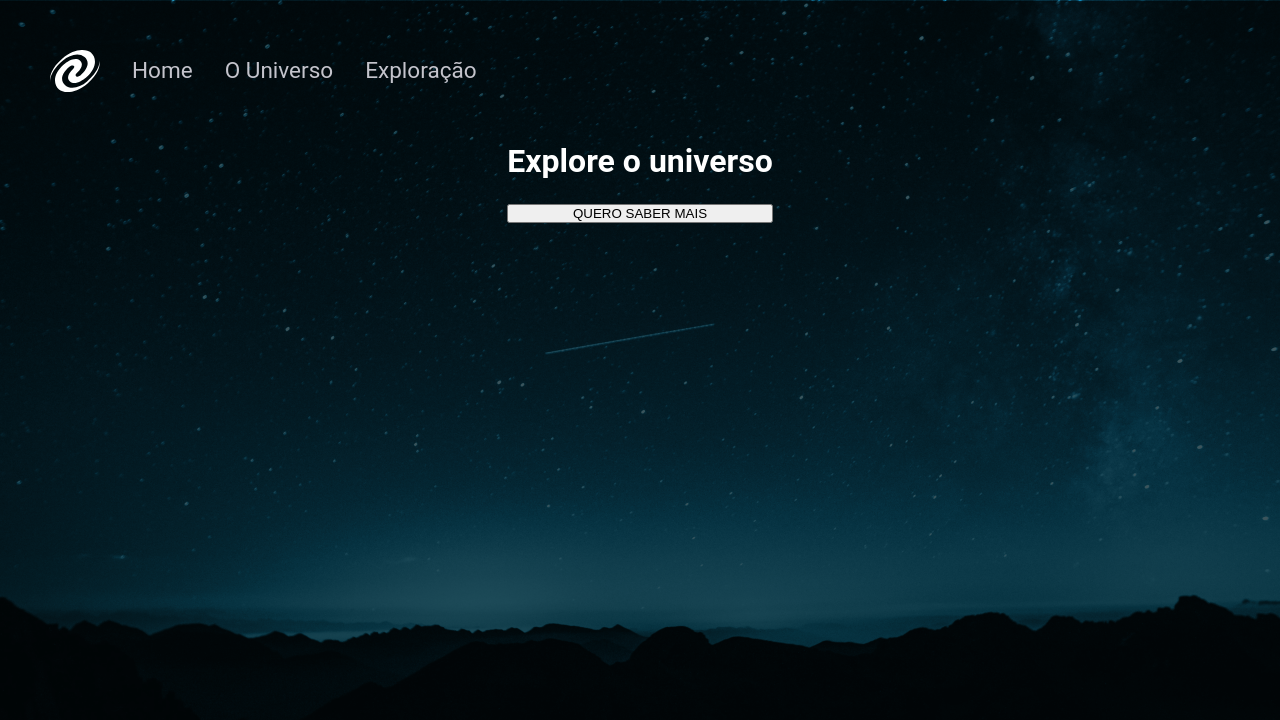
Repository: eltonneiferson/spaUniverse
Page: index.html
An editor plug-in stored every save of this project. The page is shown before and after a run of saves, followed by the edit.
The browser window is 1280 px wide. The pictures show the whole page.

Above is the page before, as saved 2022-10-26 22:26:38.

After the next 4 saves:
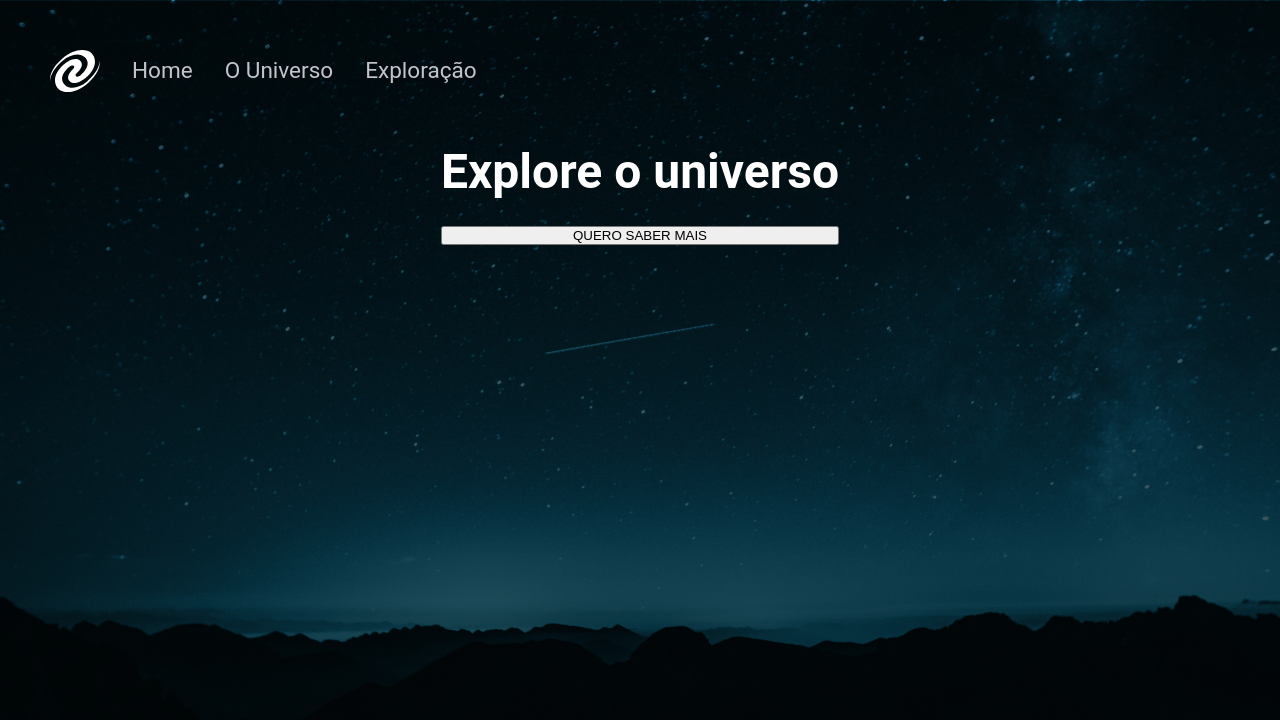
The 4 saves are shown as one change because they came seconds apart.
The last was saved 12 s later.
--- a/stylle.css
+++ b/stylle.css
@@ -45,5 +45,6 @@ main {
 }
 
 main h1 {
-    font-size: ;
+    font-size: 48px;
+    line-height: 125%;
 }
